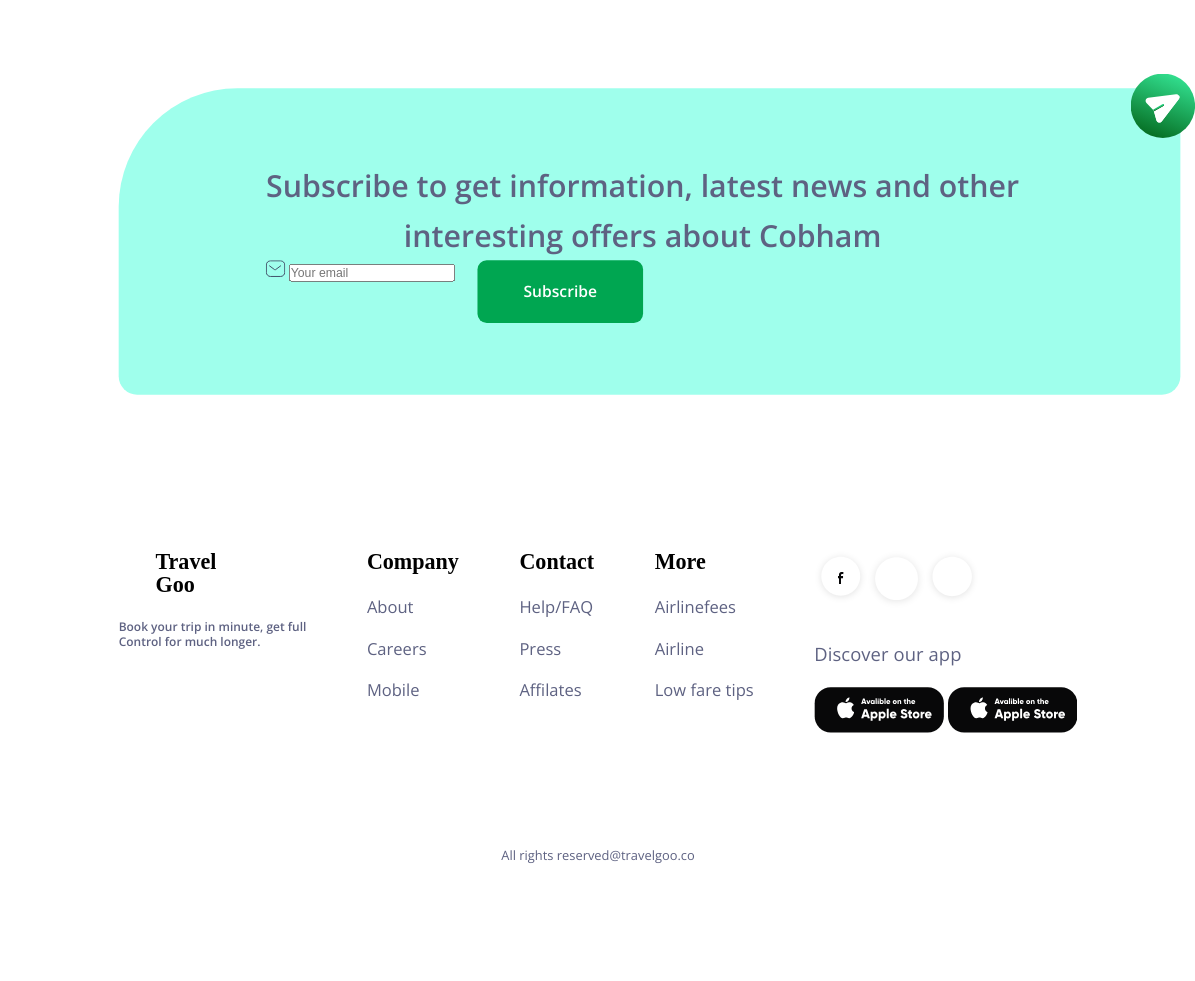
Repository: HeybetzadeQedim/task-5
Page: index.html
An editor plug-in stored every save of this project. The page is shown before and after the next save, followed by the edit.
The browser window is 1280 px wide. The page is 1299 px wide, so the pictures cover 1299 px, including what lies to the right of the window. The pictures show the whole page, at 92% of full size.
Some web fonts or font styles are not loaded; a fallback is used.

Above is the page before, as saved 2023-10-16 16:16:52.

After the next save:
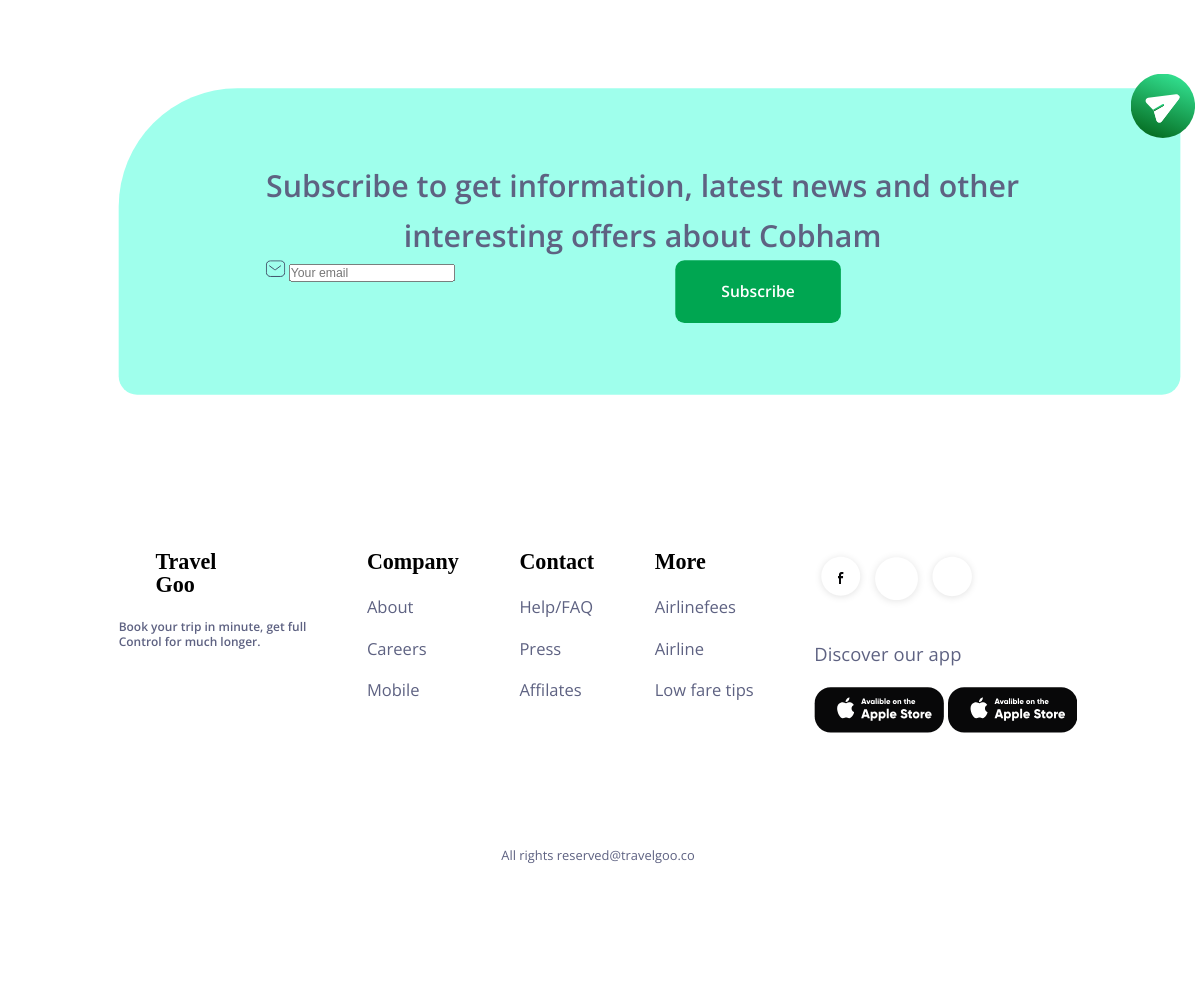
Saved 19 s later.
--- a/index.css
+++ b/index.css
@@ -168,3 +168,7 @@ form button{
   line-height: normal;
   border: none;
 }
+form .input-box{
+  width: 421px;
+
+}
